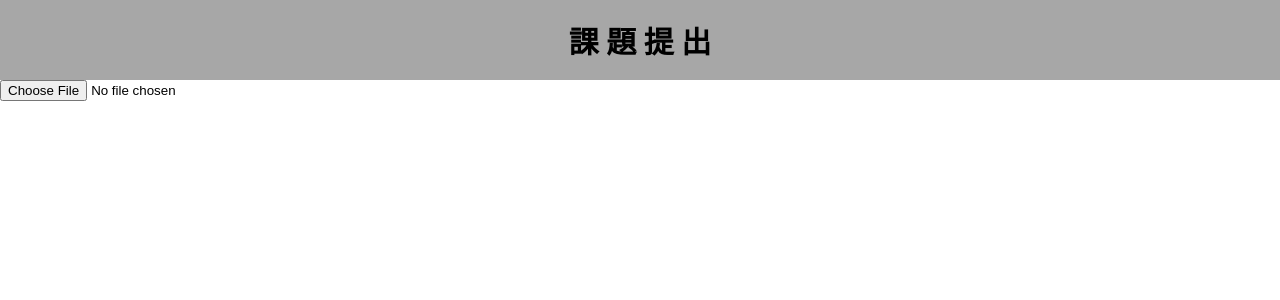
Repository: k-murakami18/canvas_v2
Page: submission.html
An editor plug-in stored every save of this project. The page is shown before and after the next save, followed by the edit.
The browser window is 1280 px wide. The pictures show the whole page.

Above is the page before, as saved 2021-01-12 13:58:24.

### submission.html
<!DOCTYPE html>
<html lang="en">

<head>
  <meta charset="UTF-8">
  <title>添削支援システム</title>
  <link rel="stylesheet" href="css/jquery-ui-1.8.16.custom.css" />
  <link rel="stylesheet" href="./style.css">
  <link rel="stylesheet" href="https://cdn.jsdelivr.net/npm/simplebar@latest/dist/simplebar.css">
  <script src="//cdnjs.cloudflare.com/ajax/libs/jspdf/1.3.3/jspdf.min.js"></script>
  <script src="js/jquery.1.6.4.min.js"></script>
  <script src="js/jquery-ui-1.8.16.custom.min.js"></script>
  <script type="text/javascript" src="./dist/fabric.js"></script>
  <script type="text/javascript" src="./dist/fabric.min.js"></script>
</head>

<body>
  <!--タイトルとファイル選択-->
  <div class="subtitle_container">
    <h1 id="title">課 題 提 出</h1>
  </div>

  <input type="file" id="file" accept="image/png, image/jpeg" onChange="imgPreView(event)" required>

  <div id="preview"></div>

  <script src="./submission.js"></script>
</body>

</html>

### style.css
body{
  margin:0;
}

/*タイトルコンテナ*/
.title_container{
  width: 100%;
  height: 150px;
  font-size: 20px;
  display: flex;
  background-color: #A7A7A7;
  justify-content: center; /*左右中央*/
  align-items: center; /*上下中央*/
  margin-bottom: 100px;
  margin-left: 0;
  margin-right: 0;
}

.subtitle_container{
  width: 100%;
  height: 80px;
  font-size: 15px;
  display: flex;
  background-color: #A7A7A7;
  justify-content: center; /*左右中央*/
  align-items: center; /*上下中央*/
  margin-left: 0;
  margin-right: 0;
}

/*ボタンコンテナ*/
.button_container{
  width: 50px;
  height: 602px;
  background-color: #DADADA;
  margin-bottom: 5px;
  margin-right: 5px;
}

/*各ボタンの設定*/
.btn-box,.btn_box{
  display: inline-block;
  widows: 25px;
  height: 25px;
  border: 1px black solid;
  padding: 2px;
  border-radius: 5px;
}
.btn_box_black{
  display: inline-block;
  widows: 25px;
  height: 25px;
  border: 1px white solid;
  padding: 2px;
  border-radius: 5px;
}
.select{
  margin-top: 10px;
  margin-left: 9px;
}
.aaa{
  margin-top: 0px;
  margin-left: 9px;
}
.margin{
  margin-top: 10px;
  margin-left: 9px;
}

/*ボタン枠線削除*/
input:focus {
	outline:0;
}

/*キャンバス*/
canvas {
	position: relative;
	border:1px solid #000;
}

/*保存履歴コンテナ*/
.history_container{
  height: 600px;
  width: 330px;
  background-color: whitesmoke;
  border: 1px solid black;
  margin-left: 10px;
}

/*保存履歴タイトル*/
#title_tmpList{
  margin-top: 2px;
  margin-left: 10px;
  margin-bottom: 2px;
  font-weight: bolder;
  text-align: center;
}
.subtitle_tmpList{
  margin-top: 3px;
  margin-bottom: 3px;
  font-weight: bolder;
  font-size: 13px;
  text-align: center;
}

/*「保存履歴」の下線*/
.hr{
  border-bottom: 1px solid black;
  width: 93%;
  margin-left: auto;
  margin-right: auto;
}
/*「ブックマーク」「添削保存」の下線*/
.hr2{
  border-bottom: 1px solid black;
  width: 83%;
  margin-left: auto;
  margin-right: auto;
}

#bookmark_viewpanel{
  height: 539px;
  width: 100px;
  background-color: whitesmoke;
  margin-top: 5px;
}

#normal_viewpanel{
  height: 539px;
  width: 190px;
  background-color: whitesmoke;
  margin-top: 5px;
}

#bookmark_tmp{
  border-right: 1px solid black;
}

.tmpImage{
  border: 1px solid black;
  margin-left: 10px;
}

#setColor li{
  display: inline-block;
  width: 25px;
  height: 25px;
  border:1px solid #000;
}

.button{
  height: 100px;
  font-size: 20px;
  font-weight: bold;
  margin: auto;
  display: flex;
  justify-content: center;
  align-items: center;
  text-decoration: none;
  background: #f7f7f7;
  border-left: solid 6px #ff7c5c;/*左線*/
  color: #ff7c5c;/*文字色*/
  font-weight: bold;
  box-shadow: 0px 2px 2px rgba(0, 0, 0, 0.29);
}
.button:active {
  box-shadow: inset 0 0 2px rgba(128, 128, 128, 0.1);
  transform: translateY(2px);
}

#anno_btn{
  width: 150px;
  padding-left: 50px;
  padding-right: 50px;
}
#oth_teacher_btn{
  width: 200px;
  padding-left: 20px;
  padding-right: 20px;
}
#submit_btn{
  width: 200px;
  padding-left: 30px;
  padding-right: 30px;
}
body .btn_name{
  display: flex;
  justify-content: center;
}

#preview img {
  width: 400px;
  margin: 20px;
  border: solid 1px silver;
}

### submission.js
function imgPreView(event) {
  var file = event.target.files[0];
  var reader = new FileReader();
  var preview = document.getElementById("preview");
  var previewImage = document.getElementById("previewImage");

  if (previewImage != null) {
    preview.removeChild(previewImage);
  }
  reader.onload = function (event) {
    var img = document.createElement("img");
    img.setAttribute("src", reader.result);
    img.setAttribute("id", "previewImage");
    preview.appendChild(img);
  };

  reader.readAsDataURL(file);
}

Loaded but not shown: css/jquery-ui-1.8.16.custom.css (library); js/jquery.1.6.4.min.js (library); js/jquery-ui-1.8.16.custom.min.js (library); dist/fabric.js (library); dist/fabric.min.js (library)

After the next save:
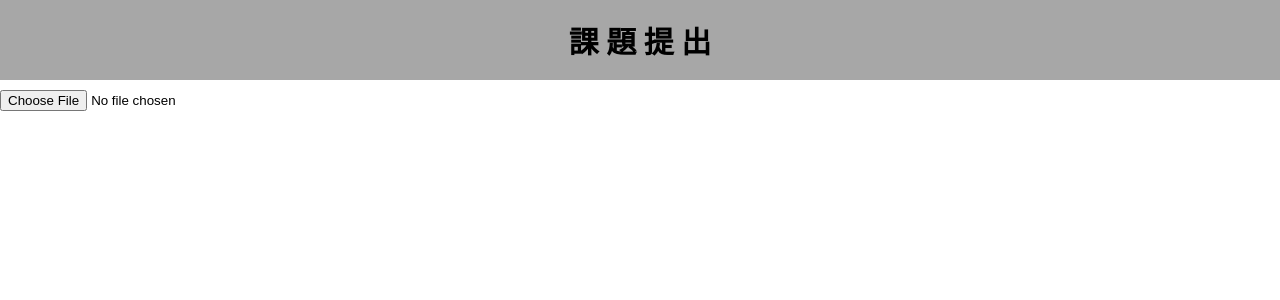
Saved 39 s later.
--- a/style.css
+++ b/style.css
@@ -193,3 +193,7 @@ body .btn_name{
   margin: 20px;
   border: solid 1px silver;
 }
+
+#file{
+  margin-top: 10px;
+}
